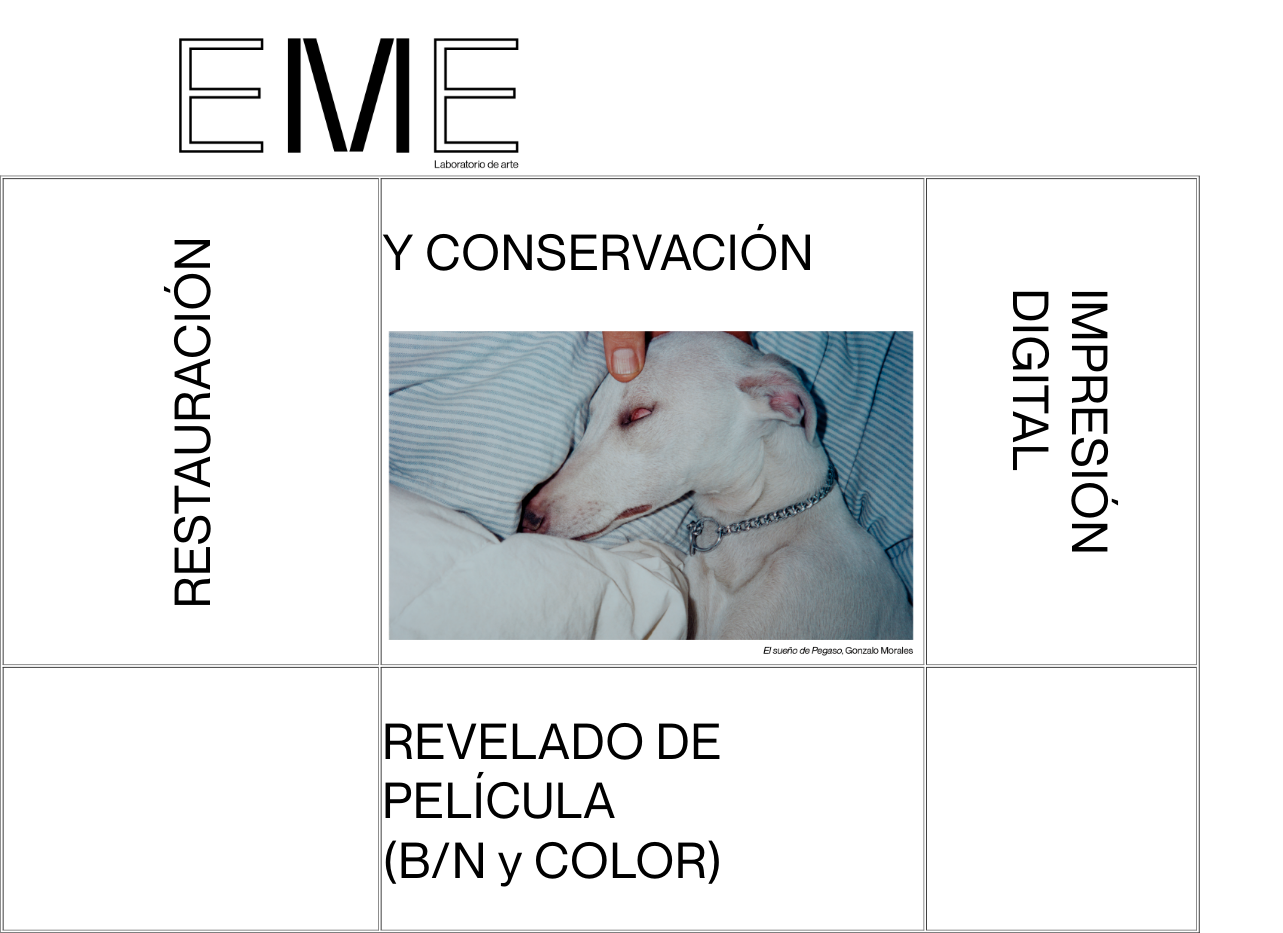
Repository: Manuelujano/eme-lab
Page: /
An editor plug-in stored every save of this project. The page is shown before and after the next save, followed by the edit.
The browser window is 780 px wide. The page is 1333 px wide, then 1425 px, so the pictures cover 1425 px, including what lies to the right of the window. The pictures show the whole page, at 90% of full size.
Some web fonts or font styles are not loaded; a fallback is used. The project was rebuilt for these pictures with package versions that can differ from the ones it lists, and the page was loaded fresh each time. Also part of the build but not shown: src/components/Motion.js, src/components/Prueba.js, src/components/Digital.js, src/components/Trail.js.

Above is the page before, as saved 2020-10-27 12:42:34.

After the next save:
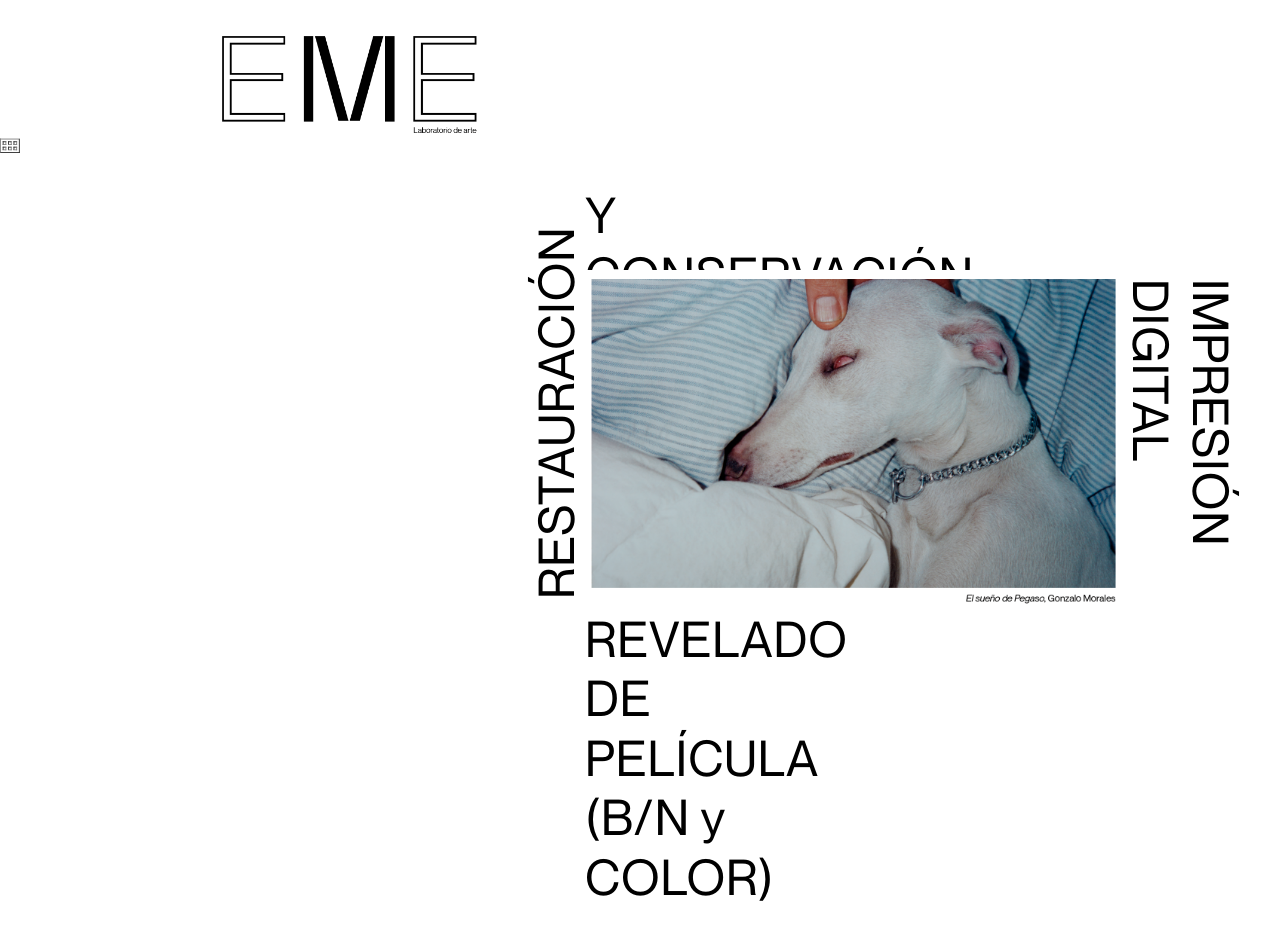
Saved 25 s later.
--- a/src/index.css
+++ b/src/index.css
@@ -60,17 +60,13 @@
 .flex-container {
     display: flex;
     flex-direction: column;
-    max-width: 1920px;
-
-}
-.tabla {
-  margin: auto;
-  display: block;
 
 }
 .pegaso {
- width: 600px;
-
+  position: absolute;
+  top: 300px;
+  width: 600px;
+  left: 650px;
 
 }
 
@@ -81,18 +77,58 @@
   letter-spacing: 1px;
 }
 .contdig {
+  position: absolute;
+  top: 360px;
+  left: 1175px;
+  width: 300px;
+  height: 200px;
 
 
   transform: rotate(90deg);
 }
-.consr{
-  height: 50px;
-}
 .cons {
- position: bottom;
+  position: absolute;
+  left: 650px;
+
 }
 .res {
-  text-align: right;
-
+  position: absolute;
+  top: 380px;
+  left: 410px;
   transform: rotate(270deg);
 }
+.rev {
+  position: absolute;
+  top: 630px;
+  left: 650px;
+}
+
+@media screen and (min-width: 780px) and (max-width: 1440px) {
+  .logo {
+    display: block;
+    margin: auto;
+    width: 300px;
+    padding-top: 2rem;
+  }
+}
+
+@media screen and (min-width: 480px) and (max-width: 780px) {
+  .logo {
+    display: block;
+    margin: auto;
+    width: 200px;
+    padding-top: 2rem;
+  }
+}
+@media screen and (min-width: 300px) {
+  header{
+    align-content: center;
+    display: block;
+    margin-left: auto;
+    margin-right: auto;
+  }
+  .logo {
+    width: 300px;
+    padding-top: 2rem;
+  }
+}
